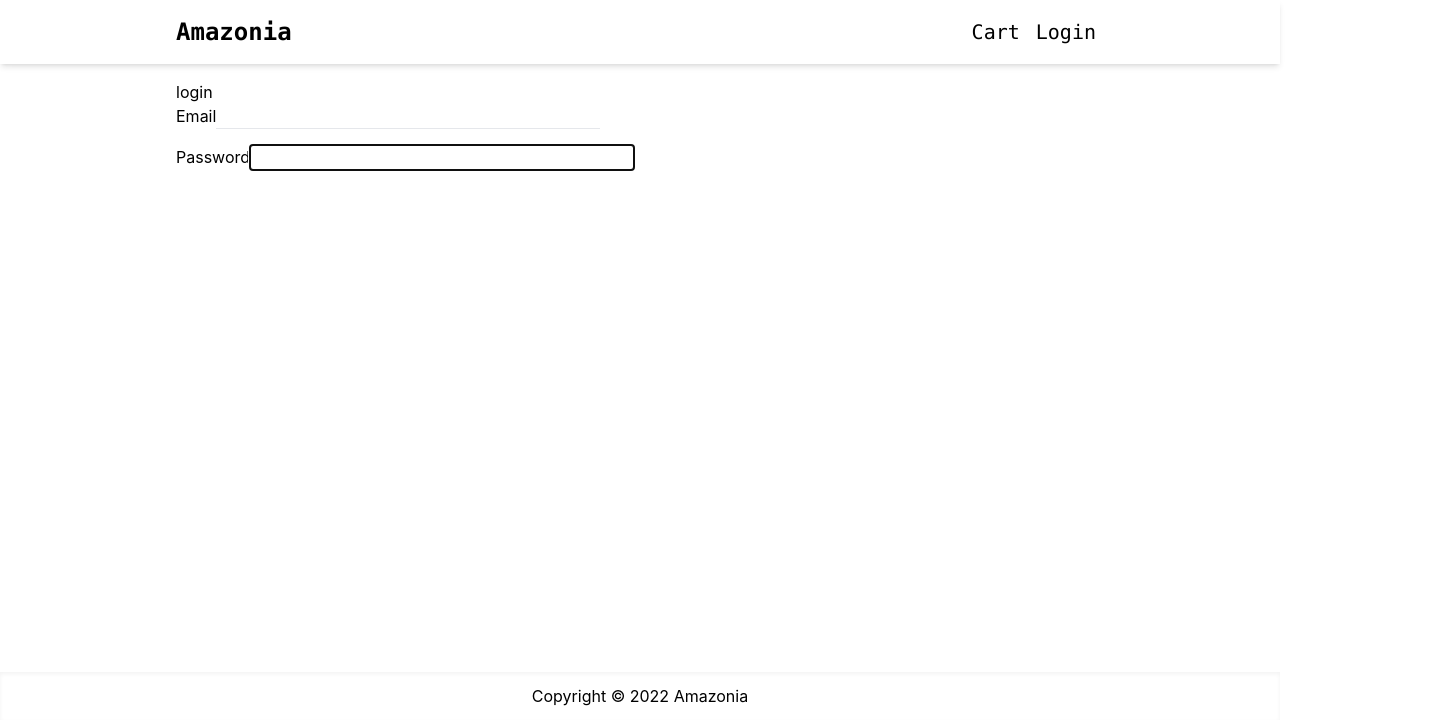
Repository: chidieb11/shop
Page: /login
These files come from the project's save history. The page is drawn as it stood at one moment and after a run of saves; the edit follows.
The browser window is 1280 px wide. The page is 1440 px wide, so the pictures cover 1440 px, including what lies to the right of the window. The pictures show the whole page.
The project was rebuilt for these pictures with package versions that can differ from the ones it lists, and the page was loaded fresh each time. The framework's server and built-in components were replaced by stand-ins that run in the browser. Also part of the build but not shown: next.config.js.

Above is the page before, as saved 2022-06-27 19:47:55.

### pages/_app.js
import "../styles/globals.css";
import { StoreProvider } from "../utils/Store";

function MyApp({ Component, pageProps }) {
  return (
    <StoreProvider>
      <Component {...pageProps} />
    </StoreProvider>
  );
}

export default MyApp;

### pages/login.js
import React from "react";
import { useForm } from "react-hook-form";
import Layout from "../components/Layout";

const Login = () => {
  const {
    register,
    handleSubmit,
    formState: { errors },
  } = useForm();
  const submitHandler = ({ email, password }) => {
    console.log(email, password);
  };

  return (
    <Layout title="Login">
      <form className="" onSubmit={handleSubmit(submitHandler)}>
        <h1>login</h1>
        <div className="mb-4">
          <label htmlFor="email">Email</label>
          <input
            type="email"
            {...register("email", {
              required: "Please Enter an Email!",
              pattern: {
                value: /^[a-zA-Z0-9_.+-]+@[a-zA-Z0-9-]+.[a-zA-Z0-9-.]+$/i,
                message: "Please Enter a Valid Email!",
              },
            })}
            className="w-96 border-b"
            id="email"
            autoFocus
          />
          {errors.email && <div>{errors.email.message}</div>}
        </div>

        <div className="mb-4">
          <label htmlFor="password">Password</label>
          <input
            type="password"
            {...register("password", {
              required: "Please Enter a Password!",
              minLength: {
                value: 6,
                message: "Password must be at least 6 characters long!",
              },
            })}
            className="w-96 border-b"
            id="password"
            autoFocus
          />
          {errors.password && <div>{errors.password.message}</div>}
        </div>
      </form>
    </Layout>
  );
};

export default Login;

### styles/globals.css
@tailwind base;
@tailwind components;
@tailwind utilities;

html,
body {
  padding: 0;
  margin: 0;
  font-family: -apple-system, BlinkMacSystemFont, Segoe UI, Roboto, Oxygen,
    Ubuntu, Cantarell, Fira Sans, Droid Sans, Helvetica Neue, sans-serif;
}

a {
  color: inherit;
  text-decoration: none;
}

* {
  box-sizing: border-box;
}

.card {
  @apply mb-5 block rounded-lg border border-gray-200 shadow-md;
}

.primary-button {
  @apply rounded bg-amber-200 py-2 px-4 shadow outline-none hover:bg-amber-400 active:bg-amber-500;
}

### utils/Store.js
import Cookies from "js-cookie";
import { createContext, useReducer } from "react";

export const Store = createContext();

const initialState = {
  cart: Cookies.get("cart")
    ? JSON.parse(Cookies.get("cart"))
    : { cartItems: [] },
};

function reducer(state, action) {
  switch (action.type) {
    case "CART_ADD_ITEM": {
      const newItem = action.payload;
      const existingItem = state.cart.cartItems.find(
        (item) => item.slug === newItem.slug
      );
      const cartItems = existingItem
        ? state.cart.cartItems.map((item) =>
            item.name === existingItem.name ? newItem : item
          )
        : [...state.cart.cartItems, newItem];
      Cookies.set("cart", JSON.stringify({ ...state.cart, cartItems }));
      return { ...state, cart: { ...state.cart, cartItems } };
    }
    case "CART_REMOVE_ITEM": {
      const cartItems = state.cart.cartItems.filter(
        (item) => item.slug !== action.payload.slug
      );
      Cookies.set('cart',JSON.stringify({...state.cart,cartItems}))
      return { ...state, cart: { ...state.cart, cartItems } };
    }
    default:
      return state;
  }
}

export function StoreProvider({ children }) {
  const [state, dispatch] = useReducer(reducer, initialState);
  const value = { state, dispatch };
  return <Store.Provider value={value}>{children}</Store.Provider>;
}

### components/Layout.js
import Head from "next/head";
import Link from "next/link";
import React, { useContext, useEffect, useState } from "react";
import { Store } from "../utils/Store";

const Layout = ({ title, children }) => {
  const { state } = useContext(Store);
  const { cart } = state;
  const [cartItemCount, setCartItemCount] = useState(0);

  useEffect(() => {
    setCartItemCount(
      cart.cartItems.reduce(
        (accumulator, currentQuantity) =>
          accumulator + currentQuantity.quantity,
        0
      )
    );
  }, [cart.cartItems]);

  return (
    <>
      <Head>
        <title>{title ? title + "-Amazonia" : "Amazonia"}</title>
        <meta name="description" content="Ecommerce Website" />
        <link rel="icon" href="/favicon.ico" />
      </Head>

      <div className="flex min-h-screen flex-col justify-between">
        {/* Navbar */}
        <header className="top-0 sticky shadow-md">
          <nav className="flex justify-between items-center px-4 sm:mx-40 h-16">
            <Link href="/">
              <a className="text-2xl font-bold font-mono capitalize">
                amazonia
              </a>
            </Link>
            <div>
              <Link href="cart">
                <a className="p-2 capitalize text-xl font-mono">
                  cart
                  {cartItemCount > 0 && (
                    <span className="ml-1 rounded-full bg-red-600 text-white px-2 pt-1 text-center font-bold text-xs">
                      {cartItemCount}
                    </span>
                  )}
                </a>
              </Link>
              <Link href="login">
                <a className="text-xl font-mono p-2">Login</a>
              </Link>
            </div>
          </nav>
        </header>

        {/* Main */}
        <main className="container m-auto mx-40 mt-4 px-4">{children}</main>

        {/* Footer */}
        <footer className="flex justify-center items-center shadow-inner h-12">
          <p>Copyright &copy; 2022 Amazonia</p>
        </footer>
      </div>
    </>
  );
};

export default Layout;

Loaded but not shown: tailwind.config.js (common file)

After the next 2 saves:
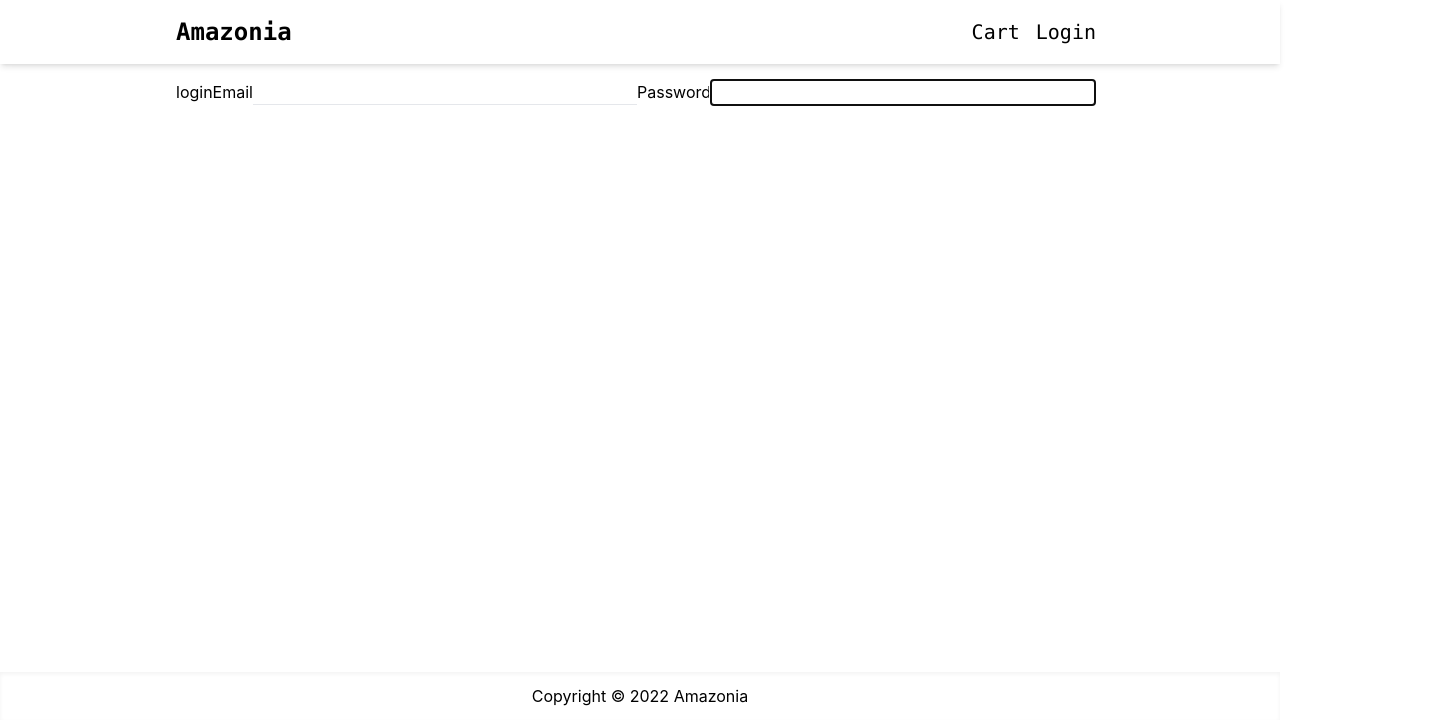
The 2 saves are shown as one change because they came seconds apart.
The last was saved 27 s later.
--- a/pages/login.js
+++ b/pages/login.js
@@ -14,7 +14,7 @@
 
   return (
     <Layout title="Login">
-      <form className="" onSubmit={handleSubmit(submitHandler)}>
+      <form className="flex " onSubmit={handleSubmit(submitHandler)}>
         <h1>login</h1>
         <div className="mb-4">
           <label htmlFor="email">Email</label>

After the 2 saves that followed:
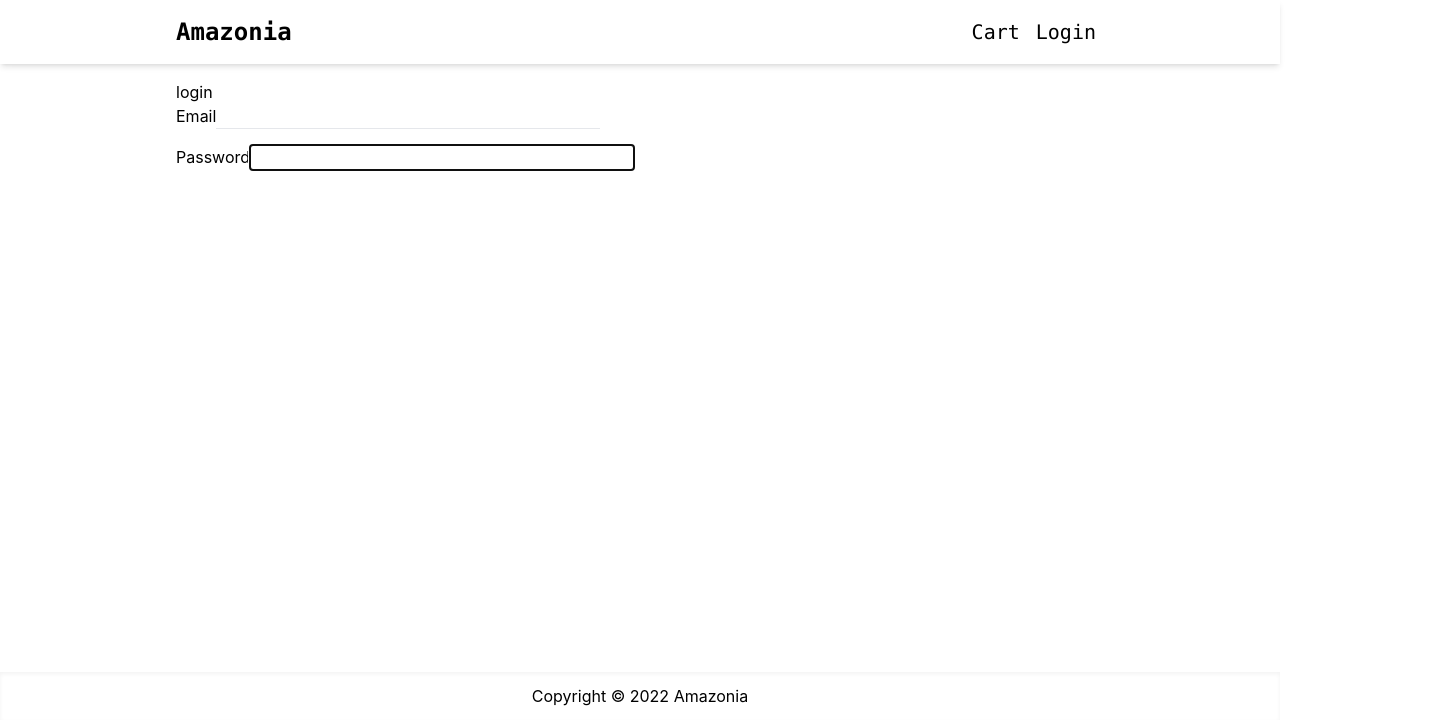
The 2 saves are shown as one change because they came seconds apart.
The last was saved 10 s later.
--- a/pages/login.js
+++ b/pages/login.js
@@ -14,7 +14,7 @@
 
   return (
     <Layout title="Login">
-      <form className="flex " onSubmit={handleSubmit(submitHandler)}>
+      <form className="flex flex-col" onSubmit={handleSubmit(submitHandler)}>
         <h1>login</h1>
         <div className="mb-4">
           <label htmlFor="email">Email</label>
